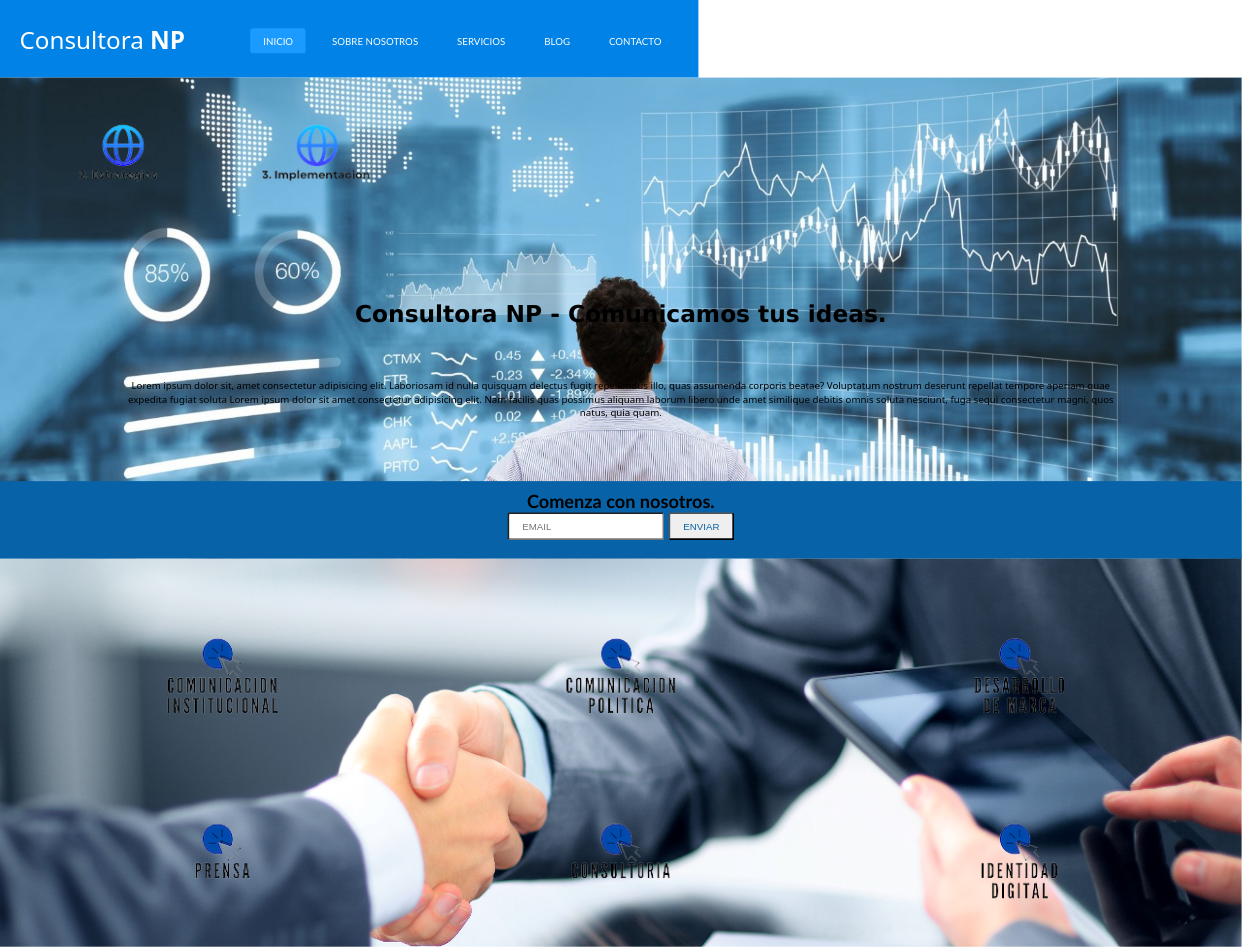
Repository: Batu120/pre-entrega2
Page: index.html
The author's editor kept a copy of each file at every save. The page is drawn from the files as they stood at one save, then again after the next save.
The browser window is 1280 px wide. The pictures show the whole page, at 97% of full size.

Above is the page before, as saved 2022-11-02 14:11:54.

### index.html
<!DOCTYPE html>
<html lang="en" dir="ltr">
<head>
    <meta charset="UTF-8">
    <meta http-equiv="X-UA-Compatible" content="IE=edge">
    <meta name="viewport" content="width=device-width, initial-scale=1.0">
    <title>2da Pre Entrega</title>
    <link rel="stylesheet" href="https://cdnjs.cloudflare.com/ajax/libs/font-awesome/4.7.0/css/font-awesome.min.css">
    <!-- CSS -->
    <link rel="stylesheet" href="CSS/style.css">

</head>
<body>
    <nav>
        <input type="checkbox" id="check">
        <label for="check" class="checkbtn">
            <i style="font-size:24px" class="fa">&#xf0c9;</i>
        </label>
        <label class="logo">Consultora <label class="logo1">NP</label></label>
            <!-- Lista no ordenada -->
            <ul>
                <!-- Items / Menu -->
                <li><a class="active" href="index.html">Inicio</a></li>
                <li><a href="HTML/SobreNosotros.html">Sobre Nosotros</a></li>
                <li><a href="HTML/Servicios.html">Servicios</a></li>
                <li><a href="HTML/Blog.html">Blog</a></li>
                <li><a href="HTML/Contacto.html">Contacto</a></li>
            </ul>
    </nav>

    <section>
        <div class="grid-container">
            <img src="/IMG/1.Diagnostico.png" alt="diagnostico">
            <img src="/IMG/2.Estrategia.png" alt="estrategia">
            <img src="/IMG/3.Implementacion.png" alt="implementacion">
        </div>
        <div class="container-div">
            <!-- titulo h1 -->
            <h1>Consultora NP - Comunicamos tus ideas.</h1>
            <br>
            <!-- Parrafo -->
            <p>Lorem ipsum dolor sit, amet consectetur adipisicing elit. Laboriosam id nulla quisquam delectus fugit repellendus illo, quas assumenda corporis beatae? Voluptatum nostrum deserunt repellat tempore aperiam quae expedita fugiat soluta Lorem ipsum dolor sit amet consectetur adipisicing elit. Nam facilis quas possimus aliquam laborum libero unde amet similique debitis omnis soluta nesciunt, fuga sequi consectetur magni, quos natus, quia quam.</p>
            <br><br>
        </div>

        <div class="container-form">
            <h3>Comenza con nosotros.</h3>
            <form class= "form-news" action="#" method="post" enctype>
                <input type="text" name="email" placeholder="Email">
                <input type="button" type="submit" value="enviar">
            </form>
        </div>
    </section>
    <section class="wallpaper">
        <div class="grid-container2">
            <div class="Com-1"><a href=""><img src="IMG/1com-inst.png" alt="pic1"></a></div>
            <div class="Com-2"><a href=""><img src="IMG/2com-polit.png" alt="pic2"></a></div>
            <div class="Com-3"><a href=""><img src="IMG/3des-marca.png" alt="pic3"></a></div>
            <div class="Com-4"><a href=""><img src="IMG/4prensa.png" alt="pic4"></a></div>
            <div class="Com-5"><a href=""><img src="IMG/5cons.png" alt="pic5"></a></div>
            <div class="Com-6"><a href=""><img src="IMG/3iden-dig.png" alt="pic6"></a></div>
        </div>
    </section>


</body>
</html>

### CSS/style.css
body {
    /* background: url(/IMG/background_body.jpeg);
    background-repeat: no-repeat;
    background-size: cover;
    background-position-x: center;
    background-position-y: center;
    background-position: center;
    height: auto;
    width: auto; */
    font-family:'Gill Sans', 'Gill Sans MT', Calibri, 'Trebuchet MS', sans-serif;
}
section{
    background: url(/IMG/background_body.jpeg);
    background-repeat: no-repeat;
    background-size: cover;
    background-position-x: center;
    background-position-y: center;
    background-position: center;
    height: auto;
    width: auto;
}

/* NAV BAR - LINKS- RESPONSIVE */
* {
    padding: 0;
    margin: 0;
    text-decoration: none;
    list-style: none;
    box-sizing: border-box;
}
nav {
    background: #0082e6;
    height: 80px;
    width: 100vh;
}
/*  */
.logo{
    color: white;
    font-size: 25px;
    line-height: 80px;
    padding: 20px;
    font-weight:lighter;
    font-family:system-ui, -apple-system, BlinkMacSystemFont, 'Segoe UI', Roboto, Oxygen, Ubuntu, Cantarell, 'Open Sans', 'Helvetica Neue', sans-serif;
}
.logo1{
    color: white;
    font-weight: bold;
}
nav ul{
    float: right;
    margin-right: 20px;
    padding-top: 0%;
}
nav ul li{
    display: inline-block;
    line-height: 80px;
    margin: 0 5px;
}
nav ul li a{
    color: white;
    font-size: 10px;
    padding: 7px 13px;
    border-radius: 3px;
    text-transform: uppercase;

}
a.active,a:hover{
    background: #1b9bff;
    transition: .5s;
}
.checkbtn{
    font-size: 30px;
    color: white;
    float: right;
    line-height: 80px;
    margin-right: 30px;
    cursor: pointer;
    display: none;
}
#check{
    display: none;
}
/* PREUBA RESPONSIVE TEST */
@media (max-width: 853px){
    label.logo {
        font-size: 25px;
        padding-left: 50px;
    }
    nav ul li a{
        font-size: 18px;
    }
}
@media (max-width: 853px){
    .checkbtn{
        display: block;
    }
    ul{
        position: fixed;
        width: 100%;
        height: 100vh;
        background: #2c3e50;
        top: 80px;
        left: -100%;
        text-align: center;
        transition: all .5s;
    }
    nav ul li{
        display: block;
        margin: 50px 0;
        line-height: 30px;
    }
    nav ul li a {
        font-size: 20px;
    }
        a:hover,a.active{
        background:none;
        color: #0082e6;
        }
        #check:checked ~ ul{
        left: 0;
        }
    }

    /* IMG PICTURES page front */
    .grid-container {
        display: grid;
        grid-template-columns: auto auto auto;
        justify-content: center;
    }
    .container-div{
        display: flex;
        flex-direction: column;
        text-align: center;
        margin-top: 20px;
        font-family: system-ui, -apple-system, BlinkMacSystemFont, 'Segoe UI', Roboto, Oxygen, Ubuntu, Cantarell, 'Open Sans', 'Helvetica Neue', sans-serif;
    }
    /* TITLE TEXT */
    h1{
        font-weight: bolder;
        font-family: Verdana, Geneva, Tahoma, sans-serif;
        display: inline-block;
        padding: 10px;
    }
    /* TEXT */
    p{
        margin: 20px;
        padding-left: 100px;
        padding-right: 100px;
        font-size: 10px;

    }
    /* NEWS FORM */
    .container-form{
        text-align: center;
        font-size: medium;
        background: #0862a7;
        height: 80px;
        width: 100%;
        padding: 10px;
    }
    input{
        color: #0862a7;
        font-size: 10px;
        padding: 7px 13px;
        border-radius: 3px;
        text-transform: uppercase;
    }
    .wallpaper {
        background-image: url(/IMG/consultoria_img.jpeg);
        background-repeat: no-repeat;
        background-size: cover;
        background-position: center;
        background-position-x: center;
        background-position-y: center;
        height: 400px;
    }
    .grid-container2 {
        display: grid;
        grid-template-columns: 1fr 1fr 1fr;
        grid-template-rows: 1fr 1fr;
        justify-content: center;
        gap: 12px 12px;
        padding-top: 30px;
        margin-left: 30px;
        margin-right: 30px;
        height: 400px;
        grid-template-areas:
            "Com-1 Com-2 Com-3"
            "Com-4 Com-5 Com-6";
    }
    .Com-1 {
        justify-self: center;
        align-self: center;
        grid-area: Com-1;
    }
    .Com-2 {
        justify-self: center;
        align-self: center;
        grid-area: Com-2;
    }
    .Com-3 {
        justify-self: center;
        align-self: center;
        grid-area: Com-3;
    }
    .Com-4 {
        justify-self: center;
        align-self: center;
        grid-area: Com-4;
    }
    .Com-5 {
        justify-self: center;
        align-self: center;
        grid-area: Com-5;
    }
    .Com-6 {
        justify-self: center;
        align-self: center;
        grid-area: Com-6;
    }
    @media screen (max-width:468px ){
        .grid-container2 {
            grid-template-areas:
            "Com-1"
            "Com-2"
            "Com-3"
            "Com-4"
            "Com-5"
            "Com-6";
        }
    }

After the next save:
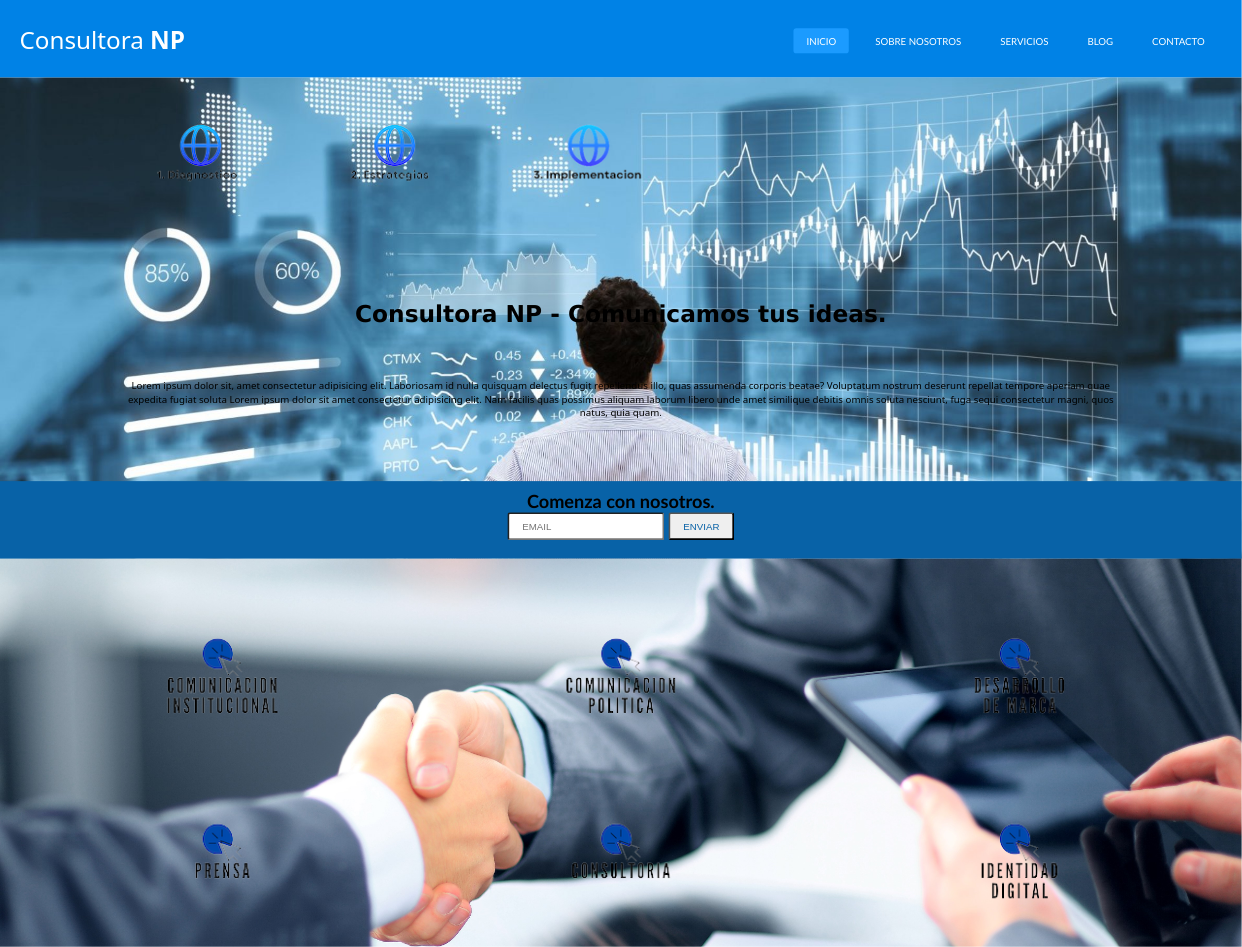
Saved 24 s later.
--- a/CSS/style.css
+++ b/CSS/style.css
@@ -31,7 +31,7 @@
 nav {
     background: #0082e6;
     height: 80px;
-    width: 100vh;
+    width: 100vmax;
 }
 /*  */
 .logo{

After the save that followed:
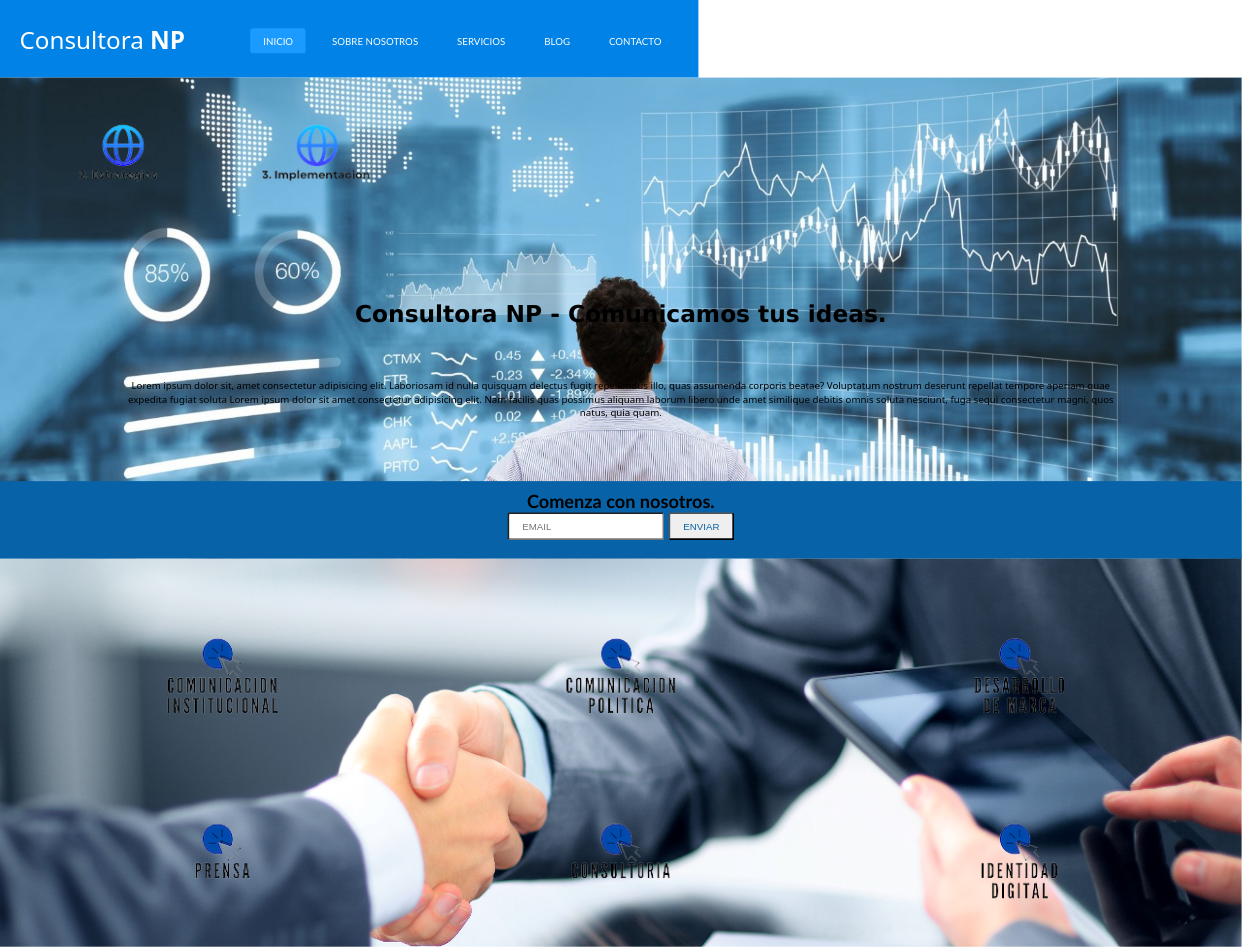
Saved 66 s later.
--- a/CSS/style.css
+++ b/CSS/style.css
@@ -31,7 +31,7 @@
 nav {
     background: #0082e6;
     height: 80px;
-    width: 100vmax;
+    width: 100vmin;
 }
 /*  */
 .logo{
